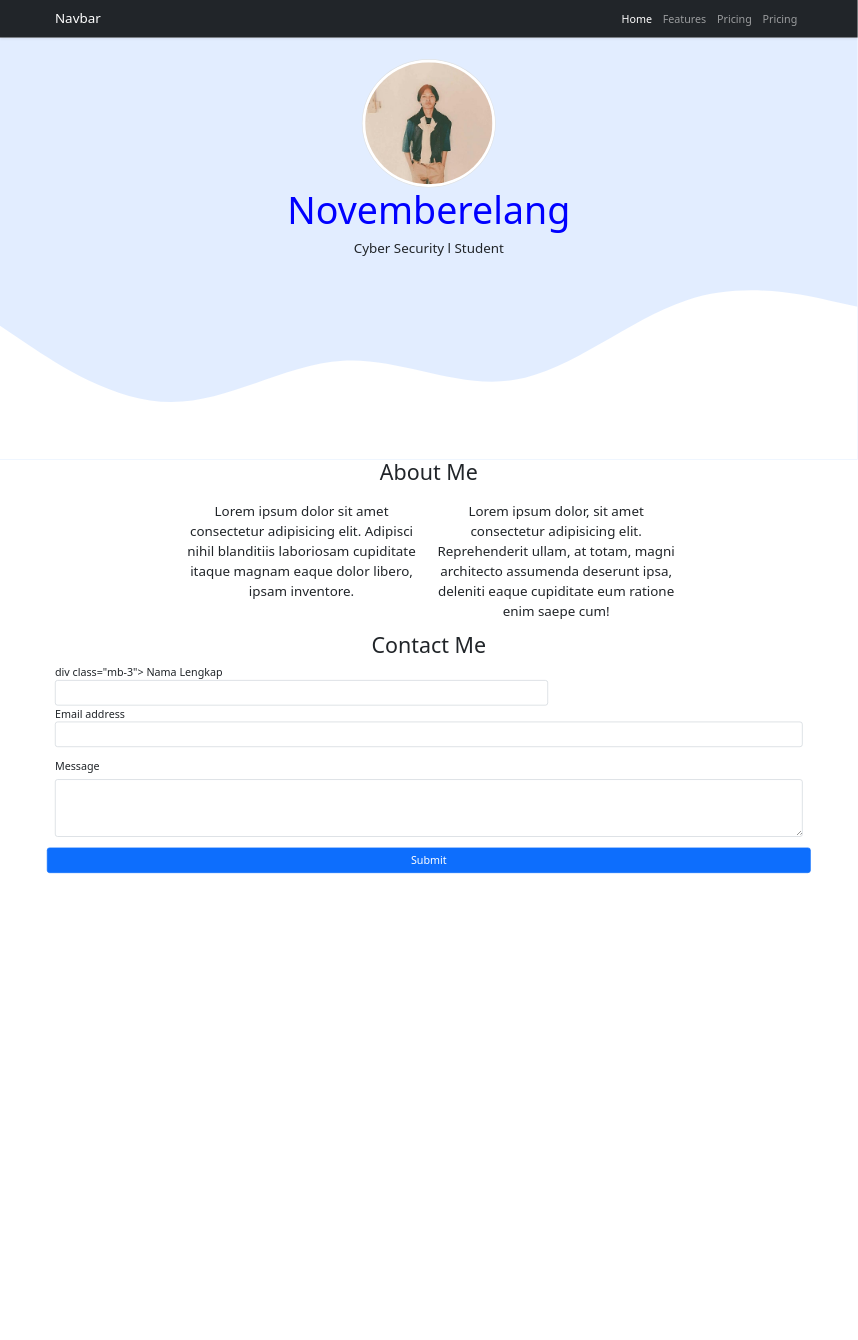
Repository: Novemberdad/gemilangtech.github.io
Page: index.html
These files come from the project's save history. The page is drawn as it stood at one moment and after the next save; the edit follows.
The browser window is 1280 px wide. The pictures show the whole page, at 67% of full size.

Above is the page before, as saved 2021-07-21 00:24:05.

After the next save:
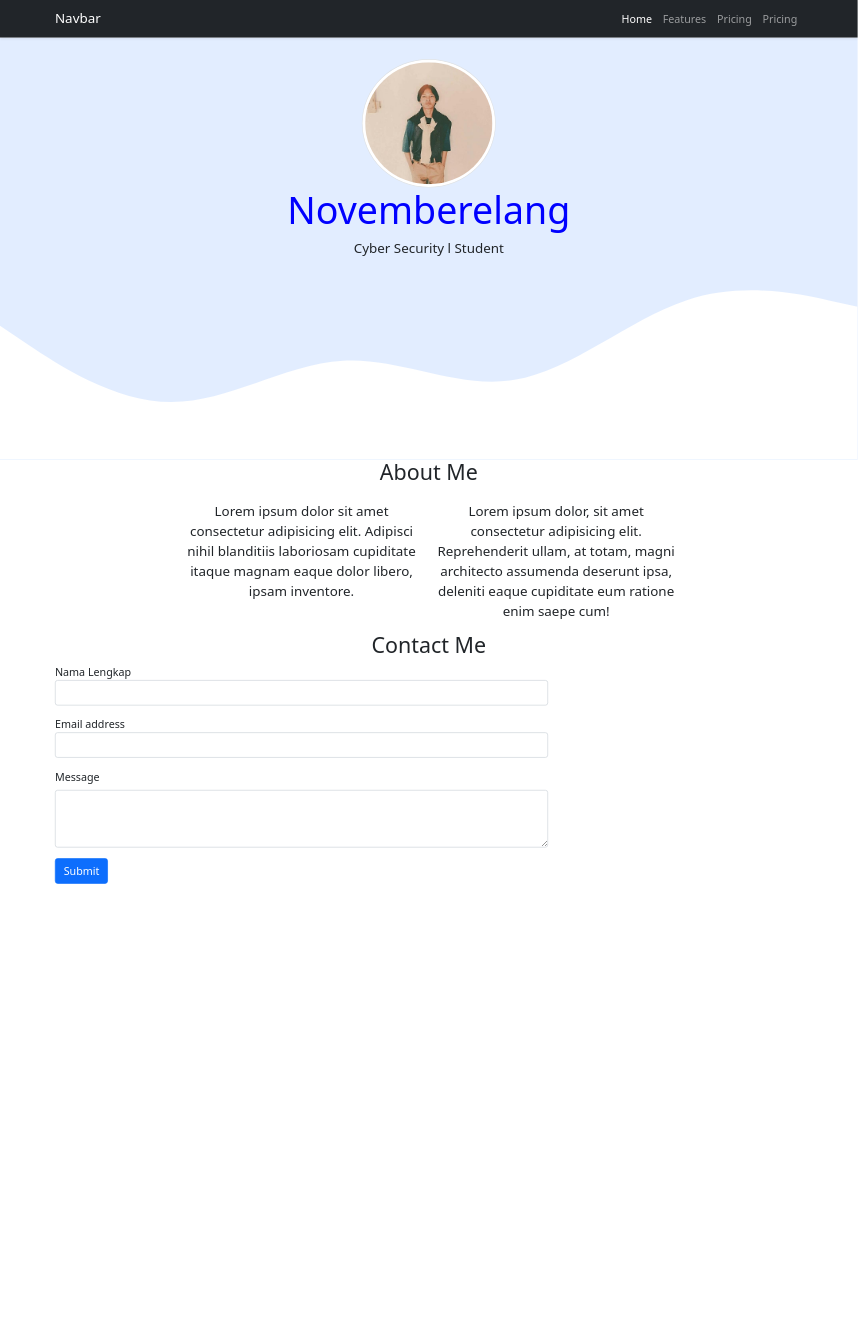
Saved 16 s later.
--- a/index.html
+++ b/index.html
@@ -94,22 +94,22 @@
             <div class="row">
                 <div class="col-md-8">
                     <form>
-                        div class="mb-3">
-                        <label for="exampleInputEmail1">Nama Lengkap</label>
-                        <input type="email" class="form-control" id="exampleInputEmail1" aria-describedby="NamaLengkap">
+                        <div class="mb-3">
+                            <label for="exampleInputEmail1">Nama Lengkap</label>
+                            <input type="email" class="form-control" id="exampleInputEmail1" aria-describedby="NamaLengkap">
+                        </div>
+                        <div class="mb-3">
+                            <label for="exampleInputEmail1">Email address</label>
+                            <input type="email" class="form-control" id="exampleInputEmail1" aria-describedby="emailHelp">
+                        </div>
+                        <div class="mb-3">
+                            <label for="exampleFormControlTextarea1" class="form-label">Message</label>
+                            <textarea class="form-control" id="exampleFormControlTextarea1" rows="3"></textarea>
+                        </div>
+                        <button type="submit" class="btn btn-primary">Submit</button>
+                    </form>
                 </div>
-                <div class="mb-3">
-                    <label for="exampleInputEmail1">Email address</label>
-                    <input type="email" class="form-control" id="exampleInputEmail1" aria-describedby="emailHelp">
-                </div>
-                <div class="mb-3">
-                    <label for="exampleFormControlTextarea1" class="form-label">Message</label>
-                    <textarea class="form-control" id="exampleFormControlTextarea1" rows="3"></textarea>
-                </div>
-                <button type="submit" class="btn btn-primary">Submit</button>
-                </form>
             </div>
-        </div>
         </div>
     </section>
     <!--akhir kontak-->
